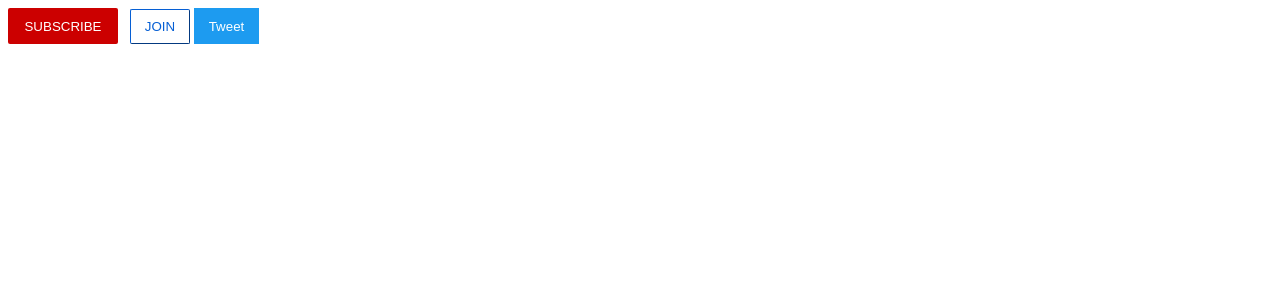
Repository: Kurumilli/Youtube
Page: buttons.html
An editor plug-in stored every save of this project. The page is shown before and after the next save, followed by the edit.
The browser window is 1280 px wide. The pictures show the whole page.

Above is the page before, as saved 2025-01-23 20:14:44.

### buttons.html
<html>
<body>
<style>
.subscribe{
    background-color: rgb(204, 0, 0);
    border:none;
    color: white;
    height: 36px;
    width: 110px;
    border-radius: 2px;
    cursor: pointer;
}

.join{
background-color: white;
color: rgb(6, 95, 212);
border-width: 1px;
height:35px;
width: 60px;
border-color:rgb(6, 95, 212);
border-radius: 2px;
cursor: pointer;
margin-left: 8px;
}

.tweet{
    background-color: rgb(29, 155, 240);
    border: none;
    height: 36px;
    color: white;
    width: 65px;
    }
</style>

<button class="subscribe">
    SUBSCRIBE
</button>

<button class="join">
    JOIN
</button>

<button class="tweet">
    Tweet
</button>




</body>
</html>

After the next save:
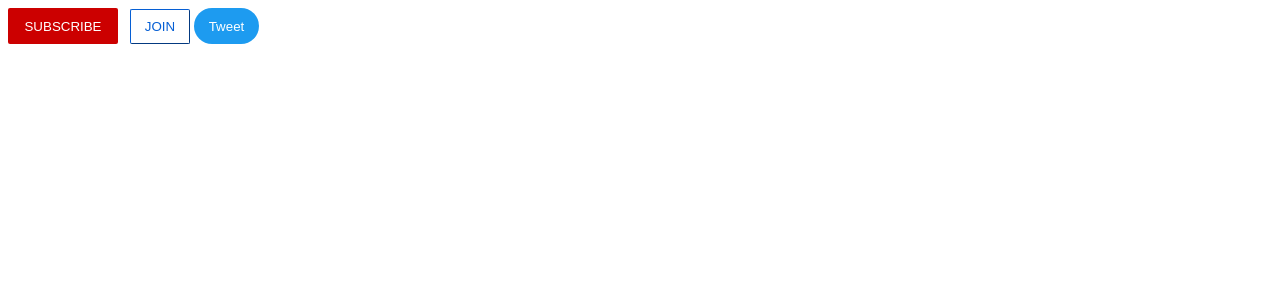
Saved 14 s later.
--- a/buttons.html
+++ b/buttons.html
@@ -29,6 +29,8 @@ margin-left: 8px;
     height: 36px;
     color: white;
     width: 65px;
+    border-radius: 18px;
+
     }
 </style>
 
